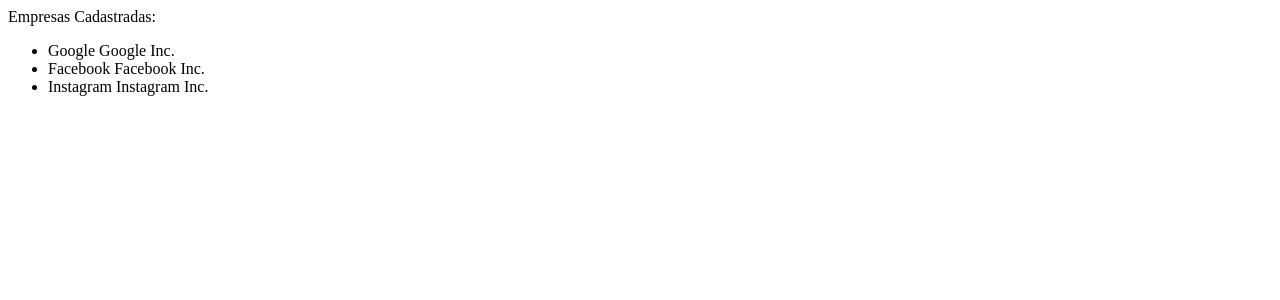
Repository: wwilsoncp/alura-java
Page: http://localhost/gerenciador/listaEmpresas
The author's editor kept a copy of each file at every save. The page is drawn from the files as they stood at one save, then again after the next save.
The browser window is 1280 px wide. The pictures show the whole page.
The page is served by Tomcat 9.

Above is the page before, as saved 2022-05-06 00:18:56.

After the next save:
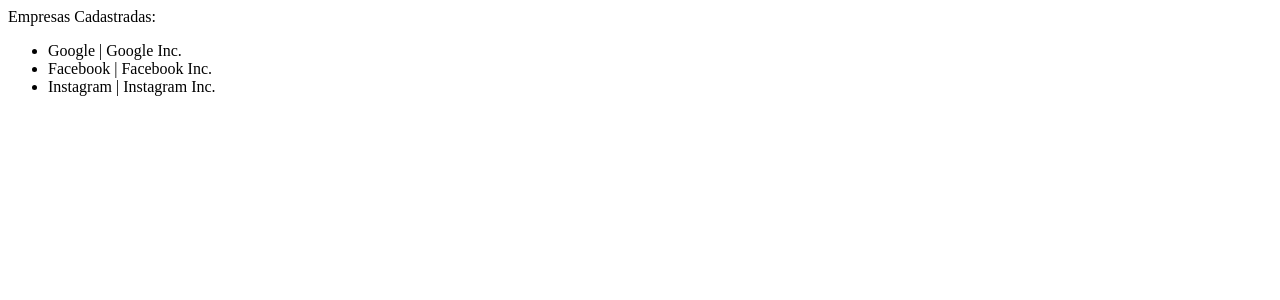
Saved 57 s later.
--- a/gerenciador/WebContent/listaEmpresas.jsp
+++ b/gerenciador/WebContent/listaEmpresas.jsp
@@ -16,7 +16,7 @@
     for (Empresa empresa : lista) {
    %>
 		<li>
-		<%= empresa.getNome() %> <%= empresa.getRazaoSocial() %>
+		<%= empresa.getNome() %> | <%= empresa.getRazaoSocial() %>
 		</li>
   <%
     }
